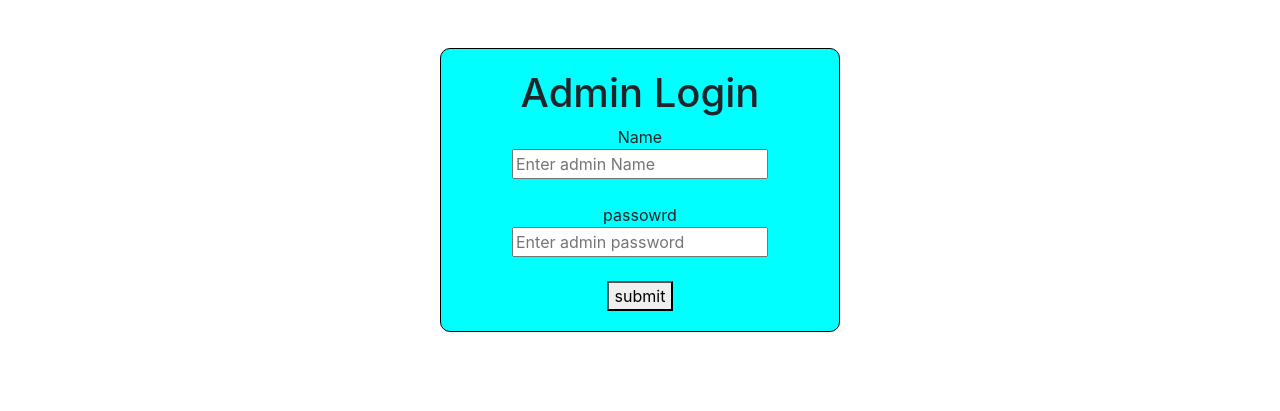
Repository: parthikjadav/parthik-react-practicle-exam
Page: /
An editor plug-in stored every save of this project. The page is shown before and after a run of saves, followed by the edit.
The browser window is 1280 px wide. The pictures show the whole page.
The project was rebuilt for these pictures with package versions that can differ from the ones it lists, and the page was loaded fresh each time. Requests to the local data server were answered from the project's data file. Also part of the build but not shown: src/App.css, src/componet/page/Reservationform.jsx, src/componet/page/Reservationlist.jsx, src/componet/header/navdata.js, src/componet/header/Navbar.jsx.

Above is the page before, as saved 2024-05-16 10:40:22.

### public/index.html
<!DOCTYPE html>
<html lang="en">
  <head>
    <meta charset="utf-8" />
    <link rel="icon" href="%PUBLIC_URL%/favicon.ico" />
    <meta name="viewport" content="width=device-width, initial-scale=1" />
    <meta name="theme-color" content="#000000" />
    <meta
      name="description"
      content="Web site created using create-react-app"
    />
    <link rel="apple-touch-icon" href="%PUBLIC_URL%/logo192.png" />
    <link href="https://cdn.jsdelivr.net/npm/bootstrap@5.0.2/dist/css/bootstrap.min.css" rel="stylesheet" integrity="sha384-EVSTQN3/azprG1Anm3QDgpJLIm9Nao0Yz1ztcQTwFspd3yD65VohhpuuCOmLASjC" crossorigin="anonymous">
    <!--
      manifest.json provides metadata used when your web app is installed on a
      user's mobile device or desktop. See https://developers.google.com/web/fundamentals/web-app-manifest/
    -->
    <link rel="manifest" href="%PUBLIC_URL%/manifest.json" />
    <script src="https://cdn.jsdelivr.net/npm/bootstrap@5.0.2/dist/js/bootstrap.bundle.min.js" integrity="sha384-MrcW6ZMFYlzcLA8Nl+NtUVF0sA7MsXsP1UyJoMp4YLEuNSfAP+JcXn/tWtIaxVXM" crossorigin="anonymous"></script>
    <!--
      Notice the use of %PUBLIC_URL% in the tags above.
      It will be replaced with the URL of the `public` folder during the build.
      Only files inside the `public` folder can be referenced from the HTML.

      Unlike "/favicon.ico" or "favicon.ico", "%PUBLIC_URL%/favicon.ico" will
      work correctly both with client-side routing and a non-root public URL.
      Learn how to configure a non-root public URL by running `npm run build`.
    -->
    <title>React App</title>
  </head>
  <body>
    <noscript>You need to enable JavaScript to run this app.</noscript>
    <div id="root"></div>
    <!--
      This HTML file is a template.
      If you open it directly in the browser, you will see an empty page.

      You can add webfonts, meta tags, or analytics to this file.
      The build step will place the bundled scripts into the <body> tag.

      To begin the development, run `npm start` or `yarn start`.
      To create a production bundle, use `npm run build` or `yarn build`.
    -->
  </body>
</html>

### src/index.js
import React from 'react';
import ReactDOM from 'react-dom/client';
import './index.css';
import App from './App';
import { BrowserRouter } from 'react-router-dom';
import { Provider } from 'react-redux';
import store from './componet/redux-saga/store';


const root = ReactDOM.createRoot(document.getElementById('root'));
root.render(
  <BrowserRouter>
    <React.StrictMode>
      <Provider store={store}>
      <App />
      </Provider>
    </React.StrictMode>
  </BrowserRouter>

);

### src/App.js
import { Route, Routes } from 'react-router-dom';
import './App.css';
import Adminlogin from './componet/page/Adminlogin';
import Reservationfrom from './componet/page/Reservationform';
import Reservationlist from './componet/page/Reservationlist';
import Navbar from './componet/header/Navbar';
import { useEffect } from 'react';
import { useDispatch } from 'react-redux';
import { GET_ROOM_PENDING } from './componet/redux-saga/room/action';
import { base_url, get_url } from './url';

const getRole = () => {
  const role = localStorage.getItem("role");
  return role;
};


function App() {

  const role = getRole();
  let dispatch = useDispatch();

  useEffect(() => {
    let url = base_url + get_url;
    dispatch({ type: GET_ROOM_PENDING, payload: url })
  })


  if (!role || role === "") {
    return (
      <Routes>
        <Route path="/" element={<Adminlogin />} />
      </Routes>
    );
  }

  if (role === "admin") {
    return (
      <>
        <Navbar />
        <Routes>
          <Route path="/reservation" element={<Reservationfrom />} />
          <Route path="/ReservationList" element={<Reservationlist />} />
        </Routes>
      </>
    );
  }



}

export default App;

### src/componet/redux-saga/store.js
import { applyMiddleware, createStore } from "redux";
import createSagaMiddleware from "redux-saga";
import { composeWithDevTools } from "@redux-devtools/extension";
import rootReducers from "./rootreducer";
import rootSaga from "./saga";



let sagaMiddleware = createSagaMiddleware();
const store = createStore(
    rootReducers,
    composeWithDevTools(applyMiddleware(sagaMiddleware))
);

sagaMiddleware.run(rootSaga)

export default store

### src/componet/page/Adminlogin.jsx
import React, { useRef } from 'react'
import "./AdminLogin.css"

const Adminlogin = () => {
    let name = useRef();
    let passowrd = useRef();

    const logindata = async () => {
        let data = {
            name: name.current.value,
            password: passowrd.current.value
        }
        console.log(data);
        if ("jignesh" == data.name && "3315" == data.password) {
            localStorage.setItem("role", "admin");
            window.location.href = "/reservation"
            console.log("login successfull");
            alert("login successfull")
        } else {
            alert("Error")
        }
    }
    return (
        <>
            <div class="mx-auto m-5 form" style={{ width: "400px" }}>
                <h1>Admin Login </h1>
                <label>Name  </label>
                <input type="text" placeholder='Enter admin Name' ref={name} /><br />
                <label>passowrd </label>
                <input type="password" placeholder='Enter admin password' ref={passowrd} /><br />
                <button onClick={logindata}>submit</button>
            </div>
        </>

    )
}

export default Adminlogin

### src/componet/redux-saga/room/action.js
//get action
export const GET_ROOM_PENDING = "GET_ROOM_PENDING";
export const GET_ROOM_SUCCESS = "GET_ROOM_SUCCESS";
export const GET_ROOM_ERROR = "GET_ROOM_ERROR";

//post action
export const POST_ROOM_PENDING = "POST_ROOM_PENDING";
export const POST_ROOM_SUCCESS = "POST_ROOM_SUCCESS";
export const POST_ROOM_ERROR = "POST_ROOM_ERROR";

//DELETE action
export const DELETE_ROOM_PENDING = "DELETE_ROOM_PENDING";
export const DELETE_ROOM_SUCCESS = "DELETE_ROOM_SUCCESS";
export const DELETE_ROOM_ERROR = "DELETE_ROOM_ERROR";

//UPDATA action
export const UPDATA_ROOM_PENDING = "UPDATA_ROOM_PENDING";
export const UPDATA_ROOM_SUCCESS = "UPDATA_ROOM_SUCCESS";
export const UPDATA_ROOM_ERROR = "UPDATA_ROOM_ERROR";

### src/url.js
export const base_url = "http://localhost:5000";

export const post_url = "/room";

export const get_url = "/room"

export const delete_url = "/room/"

export const updata_url = "/room/"

### src/componet/redux-saga/rootreducer.js
import { combineReducers } from "redux";
import roomReducer from "./room/reducer";


let rootReducers = combineReducers({
    roomReducer,
});

export default  rootReducers;

### src/componet/redux-saga/saga/index.js
import { all, call, put, takeLatest } from "redux-saga/effects";
import { DELETE_ROOM_ERROR, DELETE_ROOM_PENDING, DELETE_ROOM_SUCCESS, GET_ROOM_ERROR, GET_ROOM_PENDING, GET_ROOM_SUCCESS, POST_ROOM_ERROR, POST_ROOM_PENDING, POST_ROOM_SUCCESS, UPDATA_ROOM_ERROR, UPDATA_ROOM_PENDING, UPDATA_ROOM_SUCCESS } from "../room/action";
import { delete_room, get_room, post_room, updata_room } from "../room/api";

function* handle_post_room(action) {
    // console.log(action, "action from handle post room");
    try {
        let { data, status } = yield call(post_room, action);
        // console.log(data, status, "data and status from handle post room");
        if (status == 201 || status == 200) {
            yield put({ type: POST_ROOM_SUCCESS, data });
        } else {
            yield put({ type: POST_ROOM_ERROR, data });
        }
    }
    catch (error) {
        yield put({ type: POST_ROOM_ERROR, data: error })
    }
}

function* handle_get_room(action) {
    // console.log(action, "action from handle get room");
    try {
        let { data, status } = yield call(get_room, action);
        // console.log(data, status, "data and status from handle get room");
        if (status == 200) {
            yield put({ type: GET_ROOM_SUCCESS, data });
        }
        else {
            yield put({ type: GET_ROOM_ERROR, data });
        }
    }
    catch (error) {
        yield put({ type: GET_ROOM_ERROR, data: error });
    }
}

function* handle_delete_room(action) {
    // console.log(action, "action from handle delete room");
    try {
        let { data, status } = yield call(delete_room, action);
        // console.log(data, status, "data and status from handle delete room");
        if (status == 200) {
            yield put({ type: DELETE_ROOM_SUCCESS, data });
        } else {
            yield put({ type: DELETE_ROOM_ERROR, data });
        }
    }
    catch (error) {
        yield put({ type: DELETE_ROOM_ERROR, daat: error })
    }
}

function* handle_updata_room(action) {
    console.log(action, "action from handle updata room");
    try {
        let { data, status } = yield call(updata_room, action);
        console.log(data, status, "data and status from handle updata room");
        if (status == 200) {
            yield put({ type: UPDATA_ROOM_SUCCESS, data });
        }
        else {
            yield put({ type: UPDATA_ROOM_ERROR, data });
        }
    }
    catch (error) {
        yield put({ type: UPDATA_ROOM_ERROR, data: error })
    }
}

function* handle_post_room_saga() {
    yield takeLatest(POST_ROOM_PENDING, handle_post_room)
}

function* handle_get_room_saga() {
    yield takeLatest(GET_ROOM_PENDING, handle_get_room)
}

function* handle_delete_room_saga() {
    yield takeLatest(DELETE_ROOM_PENDING, handle_delete_room)
}

function* handle_updata_room_saga() {
    yield takeLatest(UPDATA_ROOM_PENDING, handle_updata_room)
}

function* rootSaga() {
    yield all([handle_post_room_saga(), handle_get_room_saga(), handle_delete_room_saga() , handle_updata_room_saga()])
}

export default rootSaga

### src/componet/page/AdminLogin.css
.form{
  width: 200px;
  background-color: aqua;
  padding: 20px;
  /* margin: 0px auto; */
  display: flex;
  flex-direction: column;
  justify-content: center;
  align-items: center;
  border: 1px solid black;
  border-radius: 10px
}

### src/componet/redux-saga/room/reducer.js
import { DELETE_ROOM_ERROR, DELETE_ROOM_PENDING, DELETE_ROOM_SUCCESS, GET_ROOM_ERROR, GET_ROOM_PENDING, GET_ROOM_SUCCESS, POST_ROOM_PENDING, POST_ROOM_SUCCESS, UPDATA_ROOM_ERROR, UPDATA_ROOM_PENDING, UPDATA_ROOM_SUCCESS } from "./action";


let initialState = {
    room: [],
    isLoading: false,
    isError: null,
};

let roomReducer = (state = initialState, action) => {
    console.log(action, "action from reducer");
    switch (action.type) {
        //post user
        case POST_ROOM_PENDING: {
            return {
                isLoading: true,
                ...state,
            }
        }
        case POST_ROOM_SUCCESS: {
            return {
                isLoading: false,
                room: state.room.concat(action.data),
            }
        }
        case POST_ROOM_SUCCESS: {
            return {
                isError: action.data,
                ...state,
            }
        }
        //get user
        case GET_ROOM_PENDING: {
            return {
                isLoading: true,
                ...state,
            }
        }
        case GET_ROOM_SUCCESS: {
            return {
                isLoading: false,
                room: action.data,
            }
        }
        case GET_ROOM_ERROR: {
            return {
                ...state,
                isError: action.data,
            }
        }
        //delete user
        case DELETE_ROOM_PENDING: {
            return {
                isLoading: true,
                ...state,
            }
        }
        case DELETE_ROOM_SUCCESS: {
            return {
                isLoading: false,
                room: state.room.filter((item) => item.id != action.data.id)
            }
        }
        case DELETE_ROOM_ERROR: {
            return {
                isLoading: false,
                isError: action.data,
            }
        }
        //update user
        case UPDATA_ROOM_PENDING: {
            return {
                isLoading: true,
                ...state,
            }
        }
        case UPDATA_ROOM_SUCCESS: {
            return {
                isLoading: false,
                room: state.room.map((value, index) => {
                    if (value.id == action.data.id) {
                        return {
                            ...value,
                            ...action.data,
                        }
                    } else {
                        return value;
                    }
                })
            }
        }
        case UPDATA_ROOM_ERROR: {
            return {
                isError: action.data,
                ...state,
            }
        }
        default: {
            return {
                ...state,
            }
        }
    }
}

export default roomReducer

### src/componet/redux-saga/room/api.js
import axios from "axios";
import { base_url, delete_url, get_url, post_url, updata_url } from "../../../url";


let post_room = (action) => {
    // console.log(action ,"this action from post room");
    return axios.post(base_url + post_url, action.payload).then((res) => {
        // console.log(res,"res is post room");
        let data = res.data;
        let status = res.status;
        return { data, status }
    })
}

let get_room = (action) => {
    // console.log(action, "this action from get rom");
    return axios.get(base_url + get_url).then((res) => {
        // console.log(res, "res is get rom");
        let data = res.data;
        let status = res.status;
        return { data, status }
    })
}

let delete_room = (action) => {
    // console.log(action, "this action from delete room");
    return axios.delete(base_url + delete_url + action.payload).then((res) => {
        // console.log(res, "res is delete room");
        let data = res.data;
        let status = res.status;
        return { data, status };
    })
}

let updata_room = (action) => {
    console.log(action, "this action from updata room");
    return axios.put(base_url + updata_url + action.payload.id, action.payload).then((res) => {
        console.log(res, "res is updata room");
        let data = res.data;
        let status = res.status;
        return { data, status }
    })
}

export { post_room, get_room, delete_room, updata_room }

### db.json
{
  "room": [
    {
      "id": "8675",
      "name": "jignesh",
      "mobile": "1235467892",
      "address": "kamrej surat",
      "arrival": "2024-05-10",
      "checkout": "2024-05-14",
      "roomlist": "platinum",
      "roomtype": "double bedroom",
      "lunchtime": "breakfast and lunch"
    },
    {
      "id": "50ac",
      "name": "test",
      "mobile": "9876543214",
      "address": "surat",
      "arrival": "2024-05-02",
      "checkout": "2024-05-12",
      "roomlist": "prime",
      "roomtype": "double bedroom",
      "lunchtime": "breakfast and lunch"
    },
    {
      "id": "c1a8",
      "name": "abcd",
      "mobile": "7539684216",
      "address": "surat",
      "arrival": "2024-05-05",
      "checkout": "2024-05-07",
      "roomlist": "platinum",
      "roomtype": "single bedroom",
      "lunchtime": "breakfast"
    }
  ]
}

Loaded but not shown: src/index.css (common file)

After the next 4 saves:
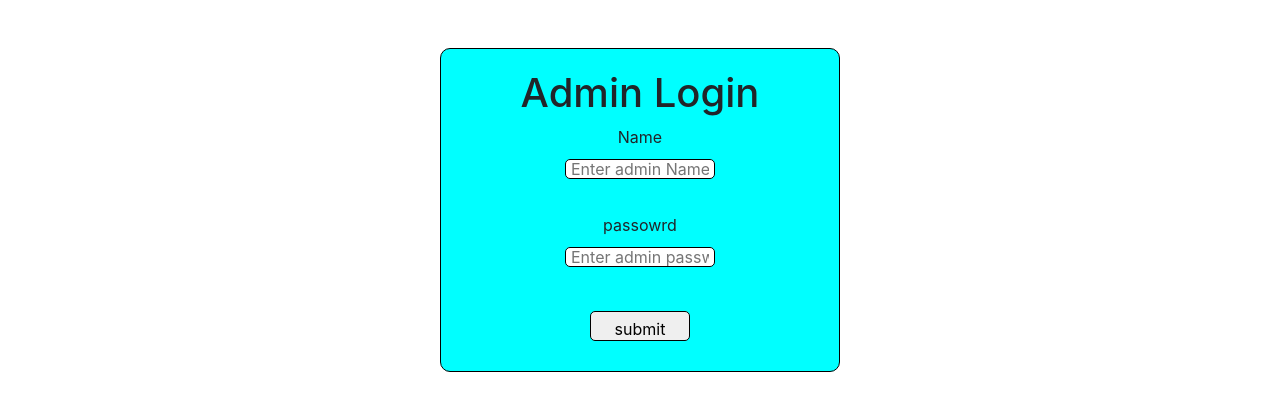
The 4 saves are shown as one change because they came seconds apart.
The last was saved 24 s later.
--- a/src/componet/page/AdminLogin.css
+++ b/src/componet/page/AdminLogin.css
@@ -10,3 +10,19 @@
   border: 1px solid black;
   border-radius: 10px
 }
+.form input{
+  width: 150px;
+  height: 20px;
+  margin: 10px 0px;
+  border: 1px solid black;
+  border-radius: 5px;
+  padding: 5px;
+}
+.form button{
+  width: 100px;
+  height: 30px;
+  margin: 10px 0px;
+  border: 1px solid black;
+  border-radius: 5px;
+  padding: 5px;
+}
